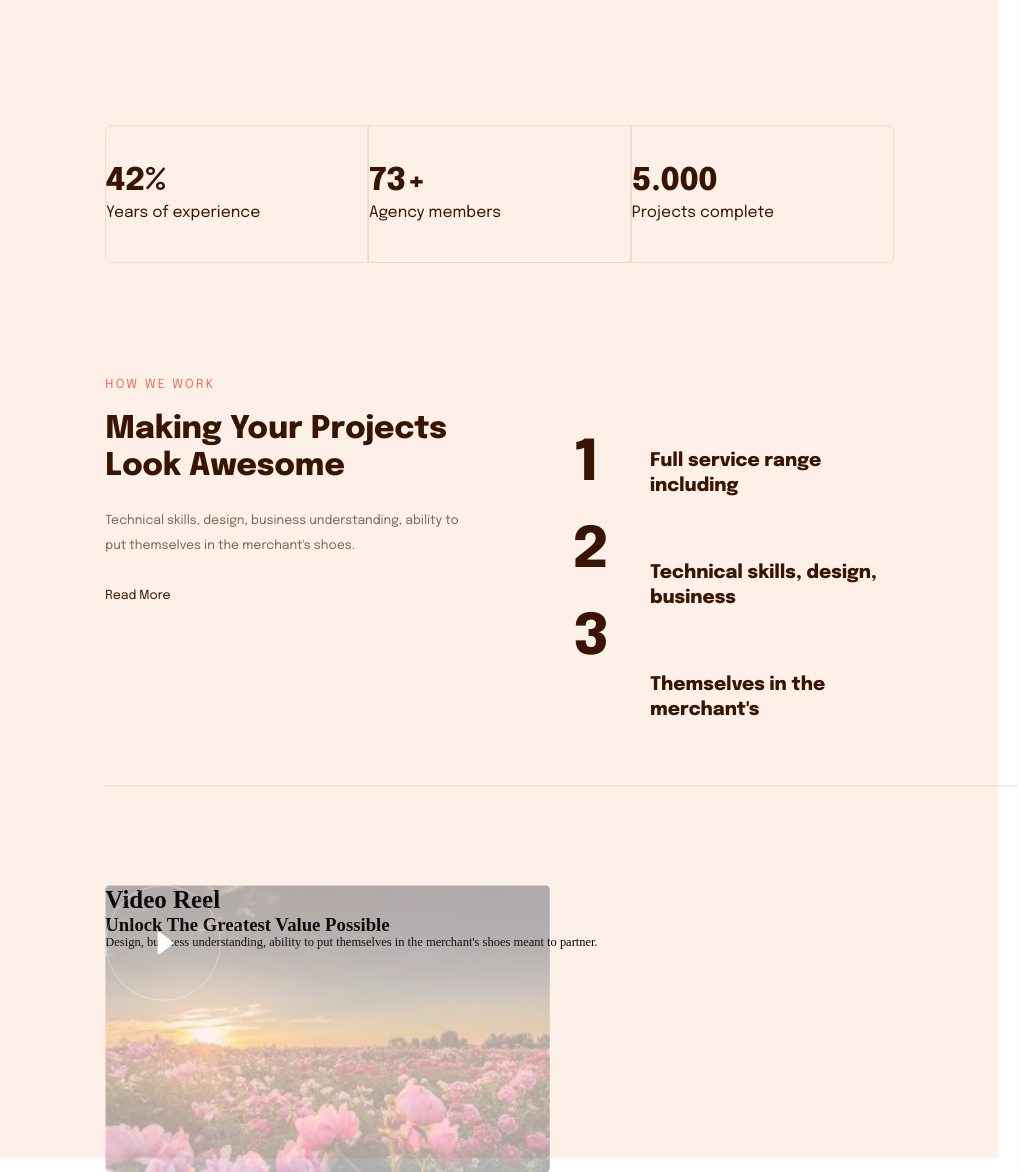
Repository: AytacJafarova/task2
Page: index.html
An editor plug-in stored every save of this project. The page is shown before and after a run of saves, followed by the edit.
The browser window is 1280 px wide. The page is 1305 px wide, so the pictures cover 1305 px, including what lies to the right of the window. The pictures show the whole page, at 78% of full size.

Above is the page before, as saved 2023-08-01 14:11:03.

### index.html
<!DOCTYPE html>
<html lang="en">

<head>
    <meta charset="UTF-8">
    <meta name="viewport" content="width=device-width, initial-scale=1.0">
    <title>Document</title>
    <link rel="stylesheet" href="./index.css">
</head>

<body>
    <div class="container">
        <div class="projects">
            <ul>
                <li>
                    <h1>42%</h1>
                    <p>Years of experience</p>
                </li>
                <li>
                    <h1>73+</h1>
                    <p>Agency members</p>
                </li>
                <li>
                    <h1>5.000</h1>
                    <p>Projects complete</p>
                </li>
            </ul>
        </div>
        <div class="work">
            <div class="box1">
                <h1>How we work</h1>
                <h2>Making Your Projects <br> Look Awesome</h2>
                <p class="put">Technical skills, design, business understanding, ability to put themselves in the
                    merchant's shoes.</p>
                <p>Read More</p>
            </div>
            <div class="box2">
                <ul>
                    <li>1</li>
                    <li>2</li>
                    <li>3</li>
                </ul>
                <div class="texts">
                    <h1>Full service range including</h1>
                    <h1>Technical skills, design, business</h1>
                    <h1>Themselves in the merchant's</h1>
                </div>
            </div>
        </div>
        <div class="border"></div>
        <div class="video">
            <div class="video-img">
                <img class="first" src="./images/images.jpg" alt="">
                <img src="./images/play.svg" alt="">
            </div>
            <div class="texts">
                <h1>Video Reel</h1>
                <h2>Unlock The Greatest Value Possible</h2>
                <p>Design, business understanding, ability to put themselves in the merchant's shoes meant to partner.
                </p>
            </div>
        </div>
    </div>
</body>

</html>

### index.css
@import url('https://fonts.googleapis.com/css2?family=Epilogue:wght@400;800&display=swap');
* {
    padding: 0;
    margin: 0;
    box-sizing: border-box;
}
.container {
    padding: 161px 134px 268px 135px;
    background: #FDF0E9;
}
.projects ul {
    display: flex;
    /* border-radius: 6px 0px 0px 6px; */
}
.projects ul li {
    display: flex;
    flex-direction: column;
    justify-content: center;
    list-style-type: none;
border: 1px solid #F3D1BF;
width: 33.33%;
height: 176px;
/* padding-left: 48px; */
}
li:first-child{
border-radius: 6px 0px 0px 6px;
}
li:last-child{
border-radius: 0px 6px 6px 0px;
}


.projects ul li h1 {
    color: var(--text-dark, #391400);
font-feature-settings: 'clig' off, 'liga' off;
font-family: Epilogue;
font-size: 40px;
font-style: normal;
font-weight: 800;
line-height: 48px;
}
.projects ul li p {
    color: var(--text-dark, #391400);
font-feature-settings: 'clig' off, 'liga' off;
font-family: Epilogue;
font-size: 20px;
font-style: normal;
font-weight: 400;
line-height: 32px;
}
.work {
    display:flex ;
    margin-top: 140px;
}
.box1 h1 {
    color: var(--text-dark-accent, #EF6D58);
font-feature-settings: 'clig' off, 'liga' off;
font-family: Epilogue;
font-size: 16px;
font-style: normal;
font-weight: 400;
line-height: 32px;
letter-spacing: 3px;
text-transform: uppercase;
margin-bottom: 17px;
}
.box1 h2 {
    color: var(--text-dark, #391400);
font-feature-settings: 'clig' off, 'liga' off;
font-family: Epilogue;
font-size: 40px;
font-style: normal;
font-weight: 800;
line-height: 48px;
margin-bottom: 30px;
}
.box1 .put {
    width: 470px;
height: 68px;
flex-shrink: 0;
    color: var(--text-dark-gray, rgba(57, 20, 0, 0.64));
font-feature-settings: 'clig' off, 'liga' off;
font-family: Epilogue;
font-size: 16px;
font-style: normal;
font-weight: 400;
line-height: 32px;
margin-bottom: 28px;
}
.box1 p {
    color: var(--text-dark, #391400);
font-feature-settings: 'clig' off, 'liga' off;
font-family: Epilogue;
font-size: 16px;
font-style: normal;
font-weight: 400;
line-height: 32px;
}
.box2 {
    display: flex;
    margin-left: 130px;
    margin-top: 78px;
}
.box2 ul li {
    list-style-type: none;
    color: #391400;
font-feature-settings: 'clig' off, 'liga' off;
font-family: Epilogue;
font-size: 72px;
font-style: normal;
font-weight: 800;
line-height: 80px;
letter-spacing: -2px;
margin-bottom: 32px;
}
.box2 .texts h1 {
    color: var(--text-dark, #391400);
font-feature-settings: 'clig' off, 'liga' off;
font-family: Epilogue;
font-size: 24px;
font-style: normal;
font-weight: 700;
line-height: 32px;
margin-bottom: 80px;
margin-top: 20px;
margin-left: 54px;
}
.border {
    width: 1170px;
height: 1px;
flex-shrink: 0;
background: #F3D1BF;
}
.video {
    display: flex;
    margin-top:127px;
}
.video .video-img .first  {
    width: 570px;
    height: 368px;
    flex-shrink: 0;
    border-radius: 6px;
opacity: 0.318057119846344;
background: #5C2000;
}
.video .video-img  img {
    width: 148px;
height: 148px;
flex-shrink: 0;
color: FFFFF;
margin-bottom: 0;
position: absolute;
}
.video-img {
    position: relative;
}

After the next 3 saves:
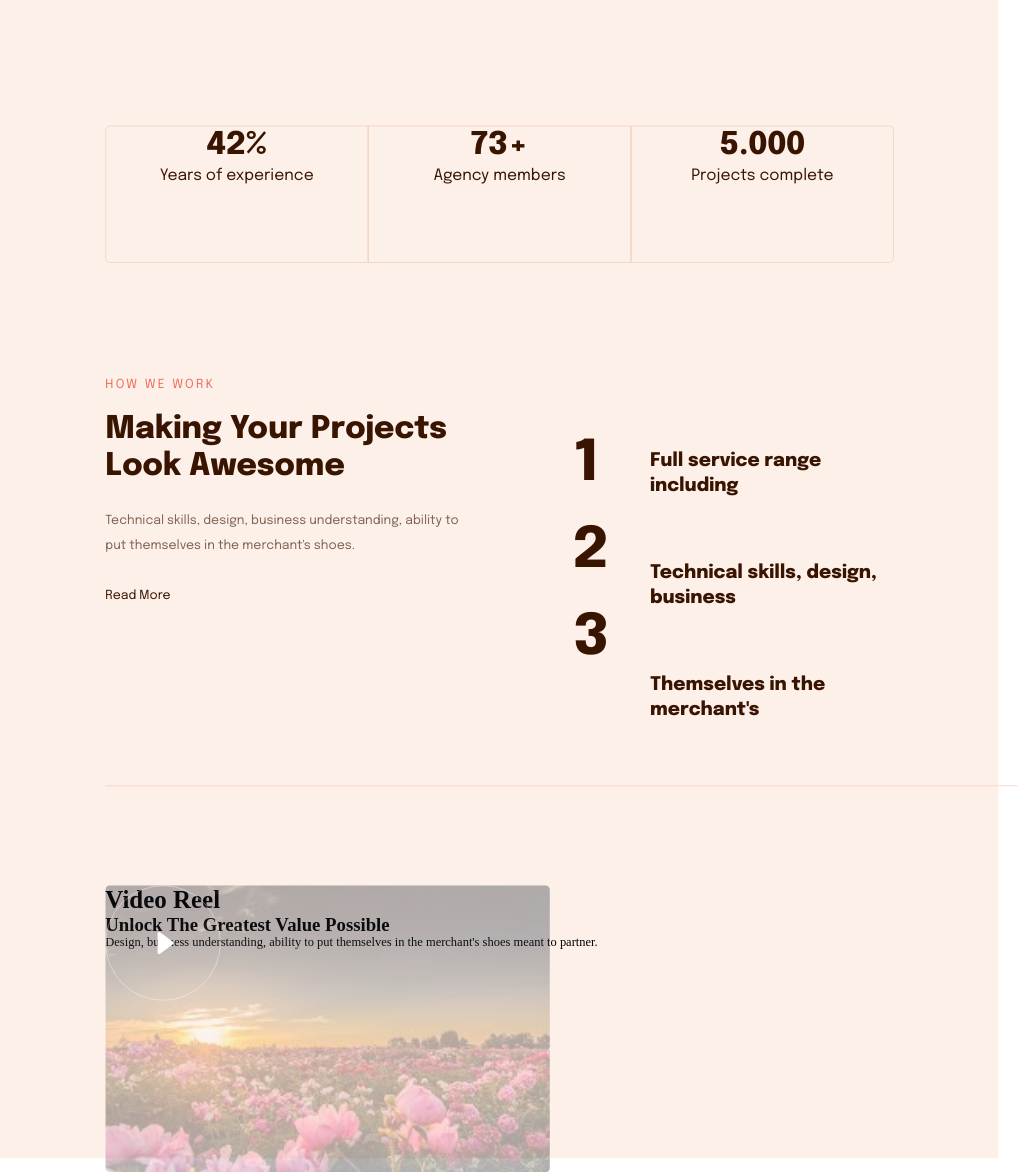
The 3 saves are shown as one change because they came seconds apart.
The last was saved 8 s later.
--- a/index.css
+++ b/index.css
@@ -15,7 +15,8 @@
 .projects ul li {
     display: flex;
     flex-direction: column;
-    justify-content: center;
+    /* justify-content: center; */
+    align-items: center;
     list-style-type: none;
 border: 1px solid #F3D1BF;
 width: 33.33%;
